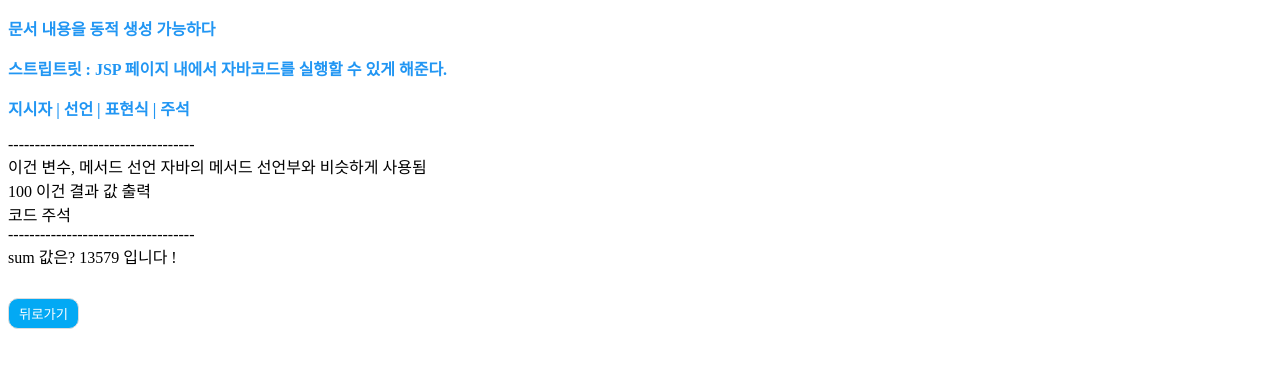
Repository: hyejux/JSP_STUDY
Page: http://localhost/JSPPractice2/JSP_ex1.jsp
These files come from the project's save history. The page is drawn as it stood at one moment and after the next save; the edit follows.
The browser window is 1280 px wide. The pictures show the whole page.
The page is served by Tomcat 9.

Above is the page before, as saved 2025-01-07 14:50:39.

After the next save:
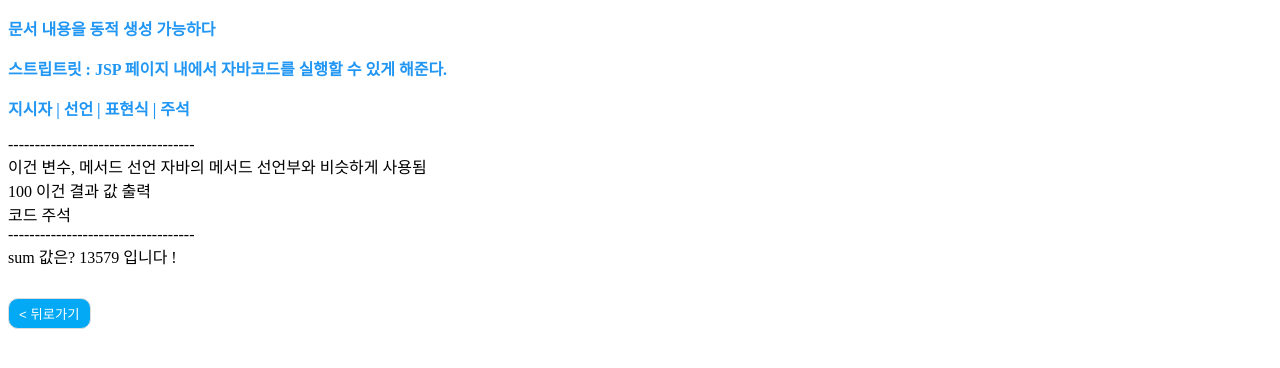
Saved 9 s later.
--- a/JSPPractice2/src/main/webapp/JSP_ex1.jsp
+++ b/JSPPractice2/src/main/webapp/JSP_ex1.jsp
@@ -32,7 +32,7 @@ int sum = a + b ;
 
 <div> sum 값은? <%= sum %> 입니다 ! </div>
 
-	<button type="button" onclick = "location.href='index.jsp'"> 뒤로가기 </button>
+	<button type="button" onclick = "location.href='index.jsp'"> < 뒤로가기 </button>
 
 </body>
 </html>
